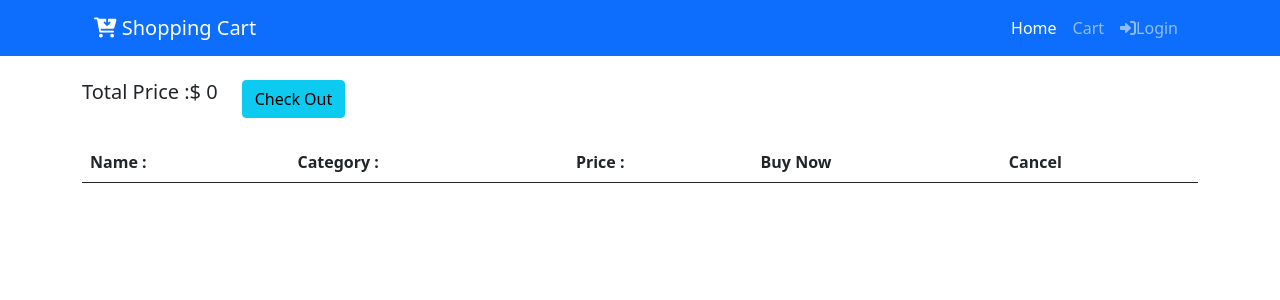
Repository: Min-MinPhyo/java-servlet-ecommerce-project
Page: http://localhost/E-Commerence/cart.jsp
An editor plug-in stored every save of this project. The page is shown before and after the next save, followed by the edit.
The browser window is 1280 px wide. The pictures show the whole page.
Some web libraries are served in a nearby version. The page is served by Tomcat 9. Other server files are loaded and not shown.

Above is the page before, as saved 2022-10-05 11:23:03.

### E-Commerence/src/main/webapp/cart.jsp
<%@page import="com.model.*"%>
<%@page import="java.util.*"%>
<%@page import="com.dao.*"%>
<%@page import="com.db.*"%>
<%@page import="java.text.DecimalFormat"%>
<%@ page language="java" contentType="text/html; charset=UTF-8"
	pageEncoding="UTF-8"%>

<%
DecimalFormat d = new DecimalFormat("#.##");
request.setAttribute("deci", d);

User auth = (User) request.getSession().getAttribute("auth");

if (auth != null) {
	request.setAttribute("auth", auth);

}

ArrayList<Cart> cart_list = (ArrayList<Cart>) session.getAttribute("cart-list");

List<Cart> cartProduct = null;

if (cart_list != null) {
	ProductDao pDao = new ProductDao(dbConnect.getConnection());
	cartProduct = pDao.getCartProducts(cart_list);

	double total = pDao.getCartTotal(cartProduct);

	request.setAttribute("cart_list", cart_list);
	request.setAttribute("total", total);
}
%>
<!DOCTYPE html>
<html>
<head>
<meta charset="UTF-8">
<title>Cart Page</title>

<style type="text/css">
.table tbody td {
	vertical-align: middle;
}

.btn-incre, .btn-decre {
	box-shodow: none;
	font-size: 20px;
}
</style>
<%@include file="includes/header.jsp"%>
</head>
<body>
	<%@include file="includes/navbar.jsp"%>

	<div class="container">
		<div class="d-flex py-4">
			<h5>Total Price :$ ${(total >0)?deci.format(total):0 }</h5>
			<a href="checkOut" class="mx-4 btn btn-info">Check Out</a>
		</div>

		<table class="table table-responsive  ">

			<thead class="thead-dark">

				<tr>
					<th>Name :</th>
					<th>Category :</th>
					<th>Price :</th>
					<th>Buy Now</th>
					<th>Cancel</th>
				</tr>

			</thead>

			<tbody>





				<%
				if (cart_list != null) {

					for (Cart c : cartProduct) {
				%>
				<tr class="table-secondary">


					<td><%=c.getName()%></td>
					<td><%=c.getCategory()%></td>
					<td>$<%=c.getPrice()%></td>
					<td>
						<form action="orderNow" method="post" class="form-inline ">

							<input type="hidden" name="id" value="<%=c.getId()%>"
								class="form-input">

							<div class="form-group d-flex justify-content-center w-75 mx-2">

								<a class="btn btn-info  btn-sm btn-incre pr-2 mx-2"
									href="cartIncDec?action=inc&id=<%=c.getId()%>"> <i
									class="fa-solid fa-plus"></i></a>

									 <input type="text"
									name="quantity" class="form-control"
									value="<%=c.getQuantity()%>" readonly>

									 <a
									class="btn btn-danger btn-sm btn-decre mx-2"
									href="cartIncDec?action=dec&id=<%=c.getId()%>"> <i
									class="fa-solid fa-minus"></i></a>



								<button class="btn btn-sm btn-secondary mr-2">Buy</button>


							</div>



						</form>


					</td>

					<td><a class="btn btn-sm btn-danger"
						href="removeFromCart?id=<%=c.getId()%>">Remove</a></td>


				</tr>






				<%
				}
				}
				%>

			</tbody>



		</table>


	</div>

</body>
</html>

### E-Commerence/src/main/webapp/includes/header.jsp
<link
	href="https://cdn.jsdelivr.net/npm/bootstrap@5.0.2/dist/css/bootstrap.min.css"
	rel="stylesheet"
	integrity="sha384-EVSTQN3/azprG1Anm3QDgpJLIm9Nao0Yz1ztcQTwFspd3yD65VohhpuuCOmLASjC"
	crossorigin="anonymous">

<link rel="stylesheet"
	href="https://cdnjs.cloudflare.com/ajax/libs/font-awesome/6.0.0-beta3/css/all.min.css"
	integrity="sha512-Fo3rlrZj/k7ujTnHg4CGR2D7kSs0v4LLanw2qksYuRlEzO+tcaEPQogQ0KaoGN26/zrn20ImR1DfuLWnOo7aBA=="
	crossorigin="anonymous" referrerpolicy="no-referrer" />


	<link rel="stylesheet"
	href="	https://cdnjs.cloudflare.com/ajax/libs/font-awesome/6.2.0/css/all.min.css"
	integrity="sha512-Fo3rlrZj/k7ujTnHg4CGR2D7kSs0v4LLanw2qksYuRlEzO+tcaEPQogQ0KaoGN26/zrn20ImR1DfuLWnOo7aBA=="
	crossorigin="anonymous" referrerpolicy="no-referrer" />


<script
	src="https://cdn.jsdelivr.net/npm/bootstrap@5.0.2/dist/js/bootstrap.bundle.min.js"
	integrity="sha384-MrcW6ZMFYlzcLA8Nl+NtUVF0sA7MsXsP1UyJoMp4YLEuNSfAP+JcXn/tWtIaxVXM"
	crossorigin="anonymous"></script>



	<script src="https://cdn.jsdelivr.net/npm/@popperjs/core@2.10.2/dist/umd/popper.min.js" integrity="sha384-7+zCNj/IqJ95wo16oMtfsKbZ9ccEh31eOz1HGyDuCQ6wgnyJNSYdrPa03rtR1zdB" crossorigin="anonymous"></script>
<script src="https://cdn.jsdelivr.net/npm/bootstrap@5.1.3/dist/js/bootstrap.min.js" integrity="sha384-QJHtvGhmr9XOIpI6YVutG+2QOK9T+ZnN4kzFN1RtK3zEFEIsxhlmWl5/YESvpZ13" crossorigin="anonymous"></script>

<script
	src="https://cdnjs.cloudflare.com/ajax/libs/font-awesome/6.2.0/js/brands.min.js"
	integrity="sha384-MrcW6ZMFYlzcLA8Nl+NtUVF0sA7MsXsP1UyJoMp4YLEuNSfAP+JcXn/tWtIaxVXM"
	crossorigin="anonymous"></script>





<!-- <link
	href="https://cdn.jsdelivr.net/npm/bootstrap@5.0.2/dist/css/bootstrap.min.css"
	rel="stylesheet"
	integrity="sha384-EVSTQN3/azprG1Anm3QDgpJLIm9Nao0Yz1ztcQTwFspd3yD65VohhpuuCOmLASjC"
	crossorigin="anonymous">

<link rel="stylesheet"
	href="https://cdnjs.cloudflare.com/ajax/libs/font-awesome/6.0.0-beta3/css/all.min.css"
	integrity="sha512-Fo3rlrZj/k7ujTnHg4CGR2D7kSs0v4LLanw2qksYuRlEzO+tcaEPQogQ0KaoGN26/zrn20ImR1DfuLWnOo7aBA=="
	crossorigin="anonymous" referrerpolicy="no-referrer" />

<script
	src="https://cdn.jsdelivr.net/npm/bootstrap@5.0.2/dist/js/bootstrap.bundle.min.js"
	integrity="sha384-MrcW6ZMFYlzcLA8Nl+NtUVF0sA7MsXsP1UyJoMp4YLEuNSfAP+JcXn/tWtIaxVXM"
	crossorigin="anonymous"></script> -->

### E-Commerence/src/main/webapp/includes/navbar.jsp

<div class="container-fluid bg-primary">

<div class="row">


<div class="container">
<div class="row">

<div class="col-12">



<nav class="navbar navbar-expand-lg navbar-dark">
	<div class="container">
		<a class="navbar-brand" href="index.jsp"><i class="fa-solid fa-cart-arrow-down"></i>
		Shopping Cart</a>
		<button class="navbar-toggler" type="button" data-bs-toggle="collapse"
			data-bs-target="#navbarSupportedContent"
			aria-controls="navbarSupportedContent" aria-expanded="false"
			aria-label="Toggle navigation">
			<span class="navbar-toggler-icon"></span>
		</button>

		<div class="collapse navbar-collapse justify-content-end" id="navbarSupportedContent">

			<!--      <ul class="navbar-nav "> -->


			<ul class="navbar-nav">


				<li class="nav-item"><a class="nav-link active"
					href="index.jsp">Home</a></li>


				<li class="nav-item"><a class="nav-link" href="cart.jsp">Cart<span class="badge bg-success">${cart_list.size()}</span></a></li>



				<%
				if (auth != null) {
				%>



				<li class="nav-item"><a class="nav-link" href="orders.jsp">Order</a>
				</li>

				<li class="nav-item"><a class="nav-link" href="userLogout">Logout</a>
				</li>


				<%
				} else {
				%>




				<li class="nav-item"><a class="nav-link" href="login.jsp"><i class="fa-solid fa-right-to-bracket"></i>Login</a>
				</li>

				<%
				}
				%>




			</ul>


		</div>


	</div>
</nav>
</div>

</div>




</div>
</div>





</div>

After the next save:
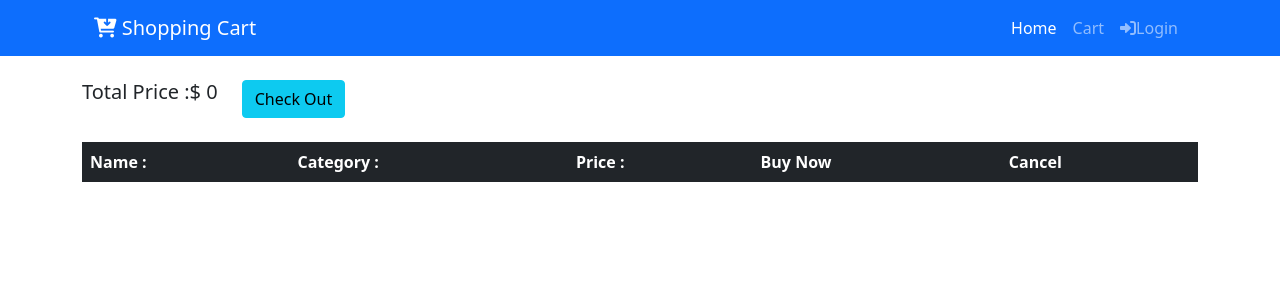
Saved 112 s later.
--- a/E-Commerence/src/main/webapp/cart.jsp
+++ b/E-Commerence/src/main/webapp/cart.jsp
@@ -58,8 +58,7 @@
 			<a href="checkOut" class="mx-4 btn btn-info">Check Out</a>
 		</div>
 
-		<table class="table table-responsive  ">
-
+		<table class="table table-dark table-striped">
 			<thead class="thead-dark">
 
 				<tr>
